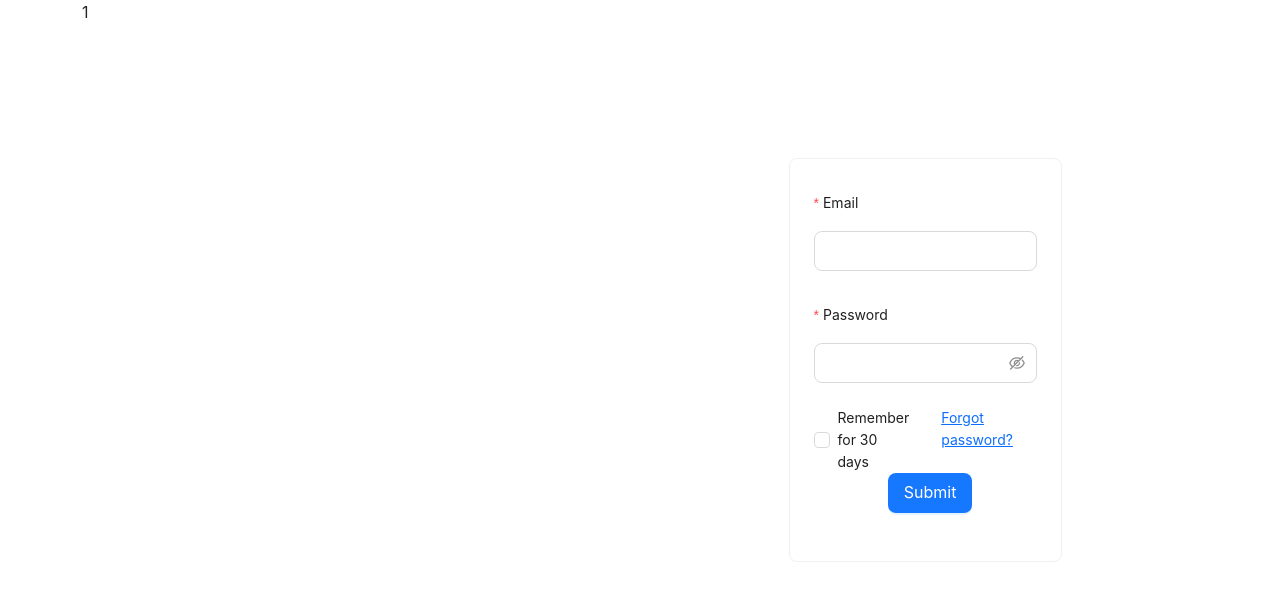
Repository: di-huynh-dev/kanban-inventory-management
Page: /
An editor plug-in stored every save of this project. The page is shown before and after the next save, followed by the edit.
The browser window is 1280 px wide. The pictures show the whole page.
The project was rebuilt for these pictures with package versions that can differ from the ones it lists, and the page was loaded fresh each time. Also part of the build but not shown: src/App.css, src/pages/auth/SignUp.tsx, src/routers/MainRouter.tsx.

Above is the page before, as saved 2024-09-07 12:01:32.

After the next save:
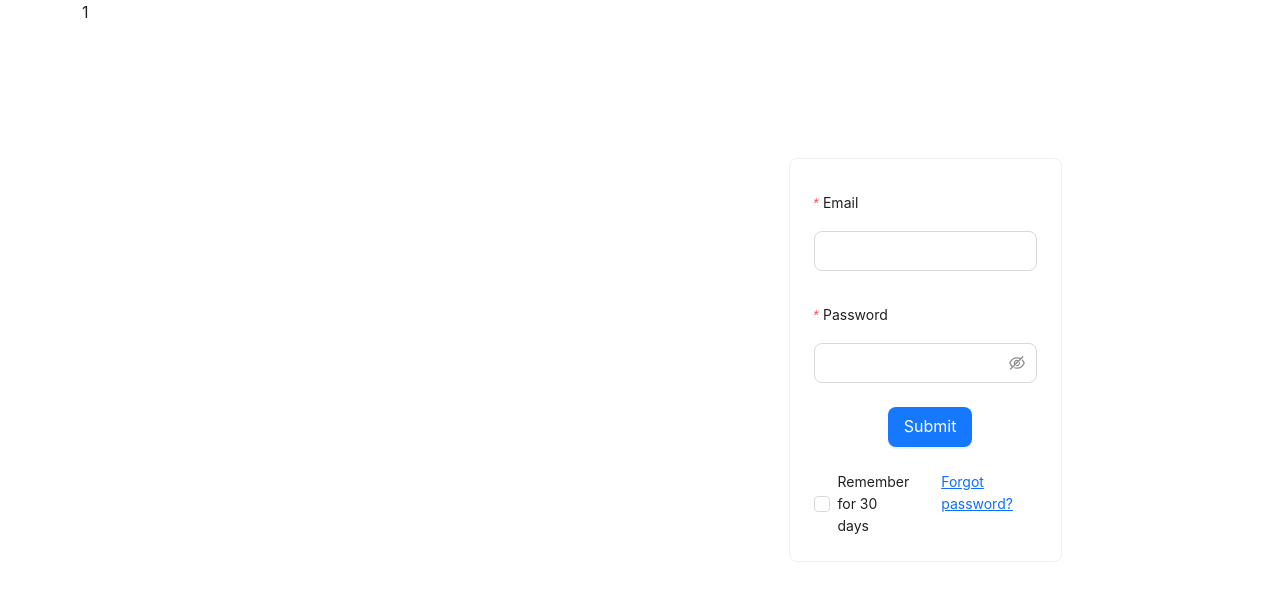
Saved 40 s later.
--- a/src/pages/auth/Login.tsx
+++ b/src/pages/auth/Login.tsx
@@ -43,23 +43,22 @@ const LoginPage = () => {
             <Input.Password />
           </Form.Item>
 
-          <div className="row">
-            <div className="col">
-              <Checkbox checked={isRemember} onChange={(val) => setIsRemember(val.target.checked)}>
-                Remember for 30 days
-              </Checkbox>
-            </div>
-            <div className="col text-right">
-              <Link to={'/'}>Forgot password?</Link>
-            </div>
-          </div>
-
           <Form.Item wrapperCol={{ offset: 8, span: 16 }}>
             <Button type="primary" htmlType="submit">
               Submit
             </Button>
           </Form.Item>
         </Form>
+        <div className="row">
+          <div className="col">
+            <Checkbox checked={isRemember} onChange={(val) => setIsRemember(val.target.checked)}>
+              Remember for 30 days
+            </Checkbox>
+          </div>
+          <div className="col text-right">
+            <Link to={'/'}>Forgot password?</Link>
+          </div>
+        </div>
       </Card>
     </>
   )
